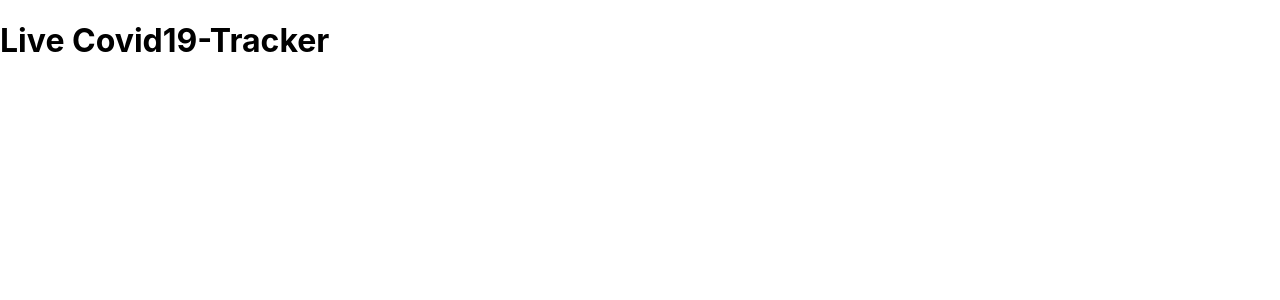
Repository: Aniketlamage/covid19-dashboard
Page: /
The author's editor kept a copy of each file at every save. The page is drawn from the files as they stood at one save, then again after the next save.
The browser window is 1280 px wide. The pictures show the whole page.
The project was rebuilt for these pictures with package versions that can differ from the ones it lists, and the page was loaded fresh each time.

Above is the page before, as saved 2021-09-30 12:35:24.

After the next save:
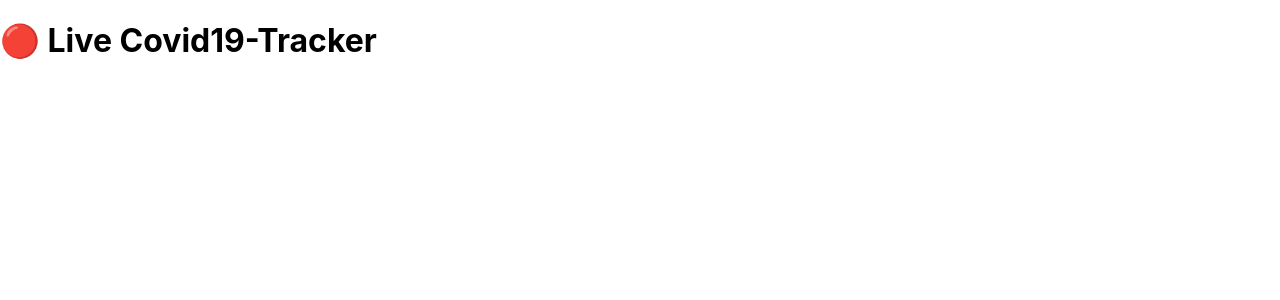
Saved 2 min 26 s later.
--- a/src/App.js
+++ b/src/App.js
@@ -2,7 +2,7 @@ import React from 'react'
 const App = () => {
 return(
 
-  <h1>Live Covid19-Tracker</h1>
+  <h1> 🔴 Live Covid19-Tracker</h1>
 )
 
 }
